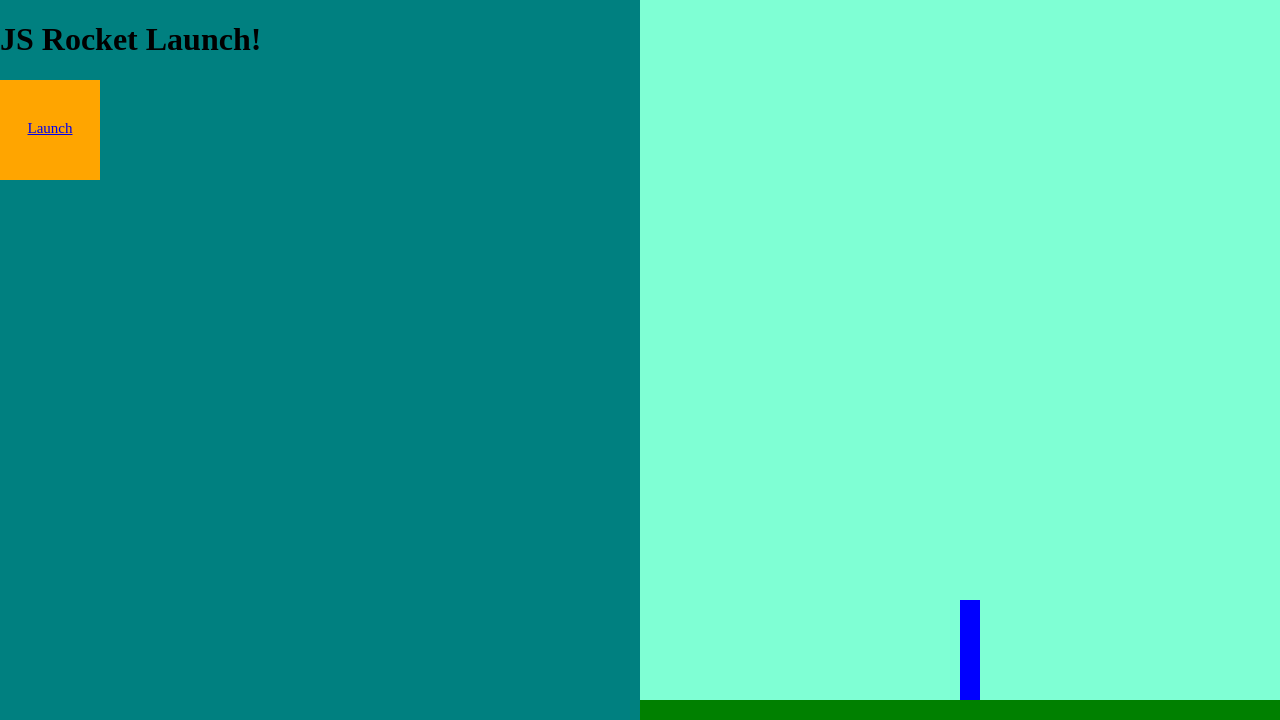
Repository: alcarrizo/Rocket-launch
Page: index.html
An editor plug-in stored every save of this project. The page is shown before and after the next save, followed by the edit.
The browser window is 1280 px wide. The pictures show the whole page.

Above is the page before, as saved 2022-10-19 19:50:19.

After the next save:
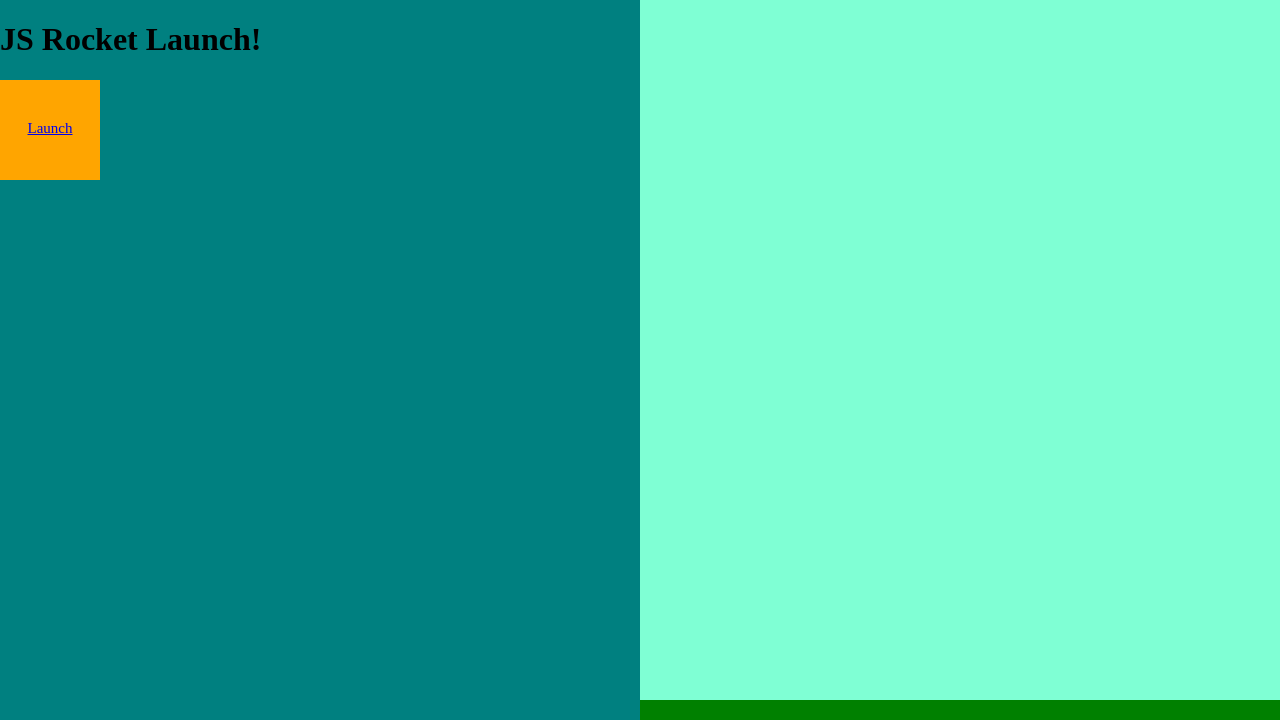
Saved 83 s later.
--- a/css/style.css
+++ b/css/style.css
@@ -28,8 +28,14 @@
     bottom: 20px;
     width: 20px;
     height: 100px;
-    background-color: blue
+    background-color: blue transition: bottom 1s;
+
 }
+
+.rocket.flying {
+    bottom: 1000px;
+}
+
 
 .ground {
     background-color: green;

After the save that followed:
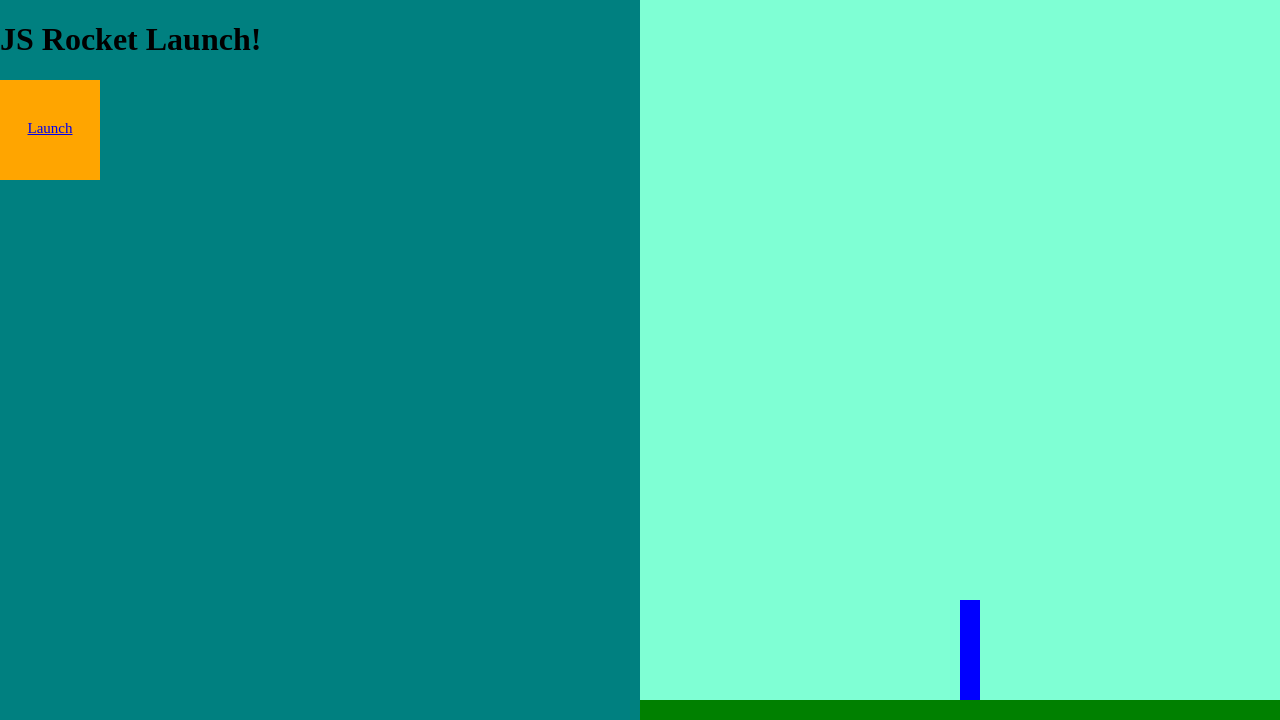
Saved 5 s later.
--- a/css/style.css
+++ b/css/style.css
@@ -28,7 +28,8 @@
     bottom: 20px;
     width: 20px;
     height: 100px;
-    background-color: blue transition: bottom 1s;
+    background-color: blue;
+    transition: bottom 1s;
 
 }
 
